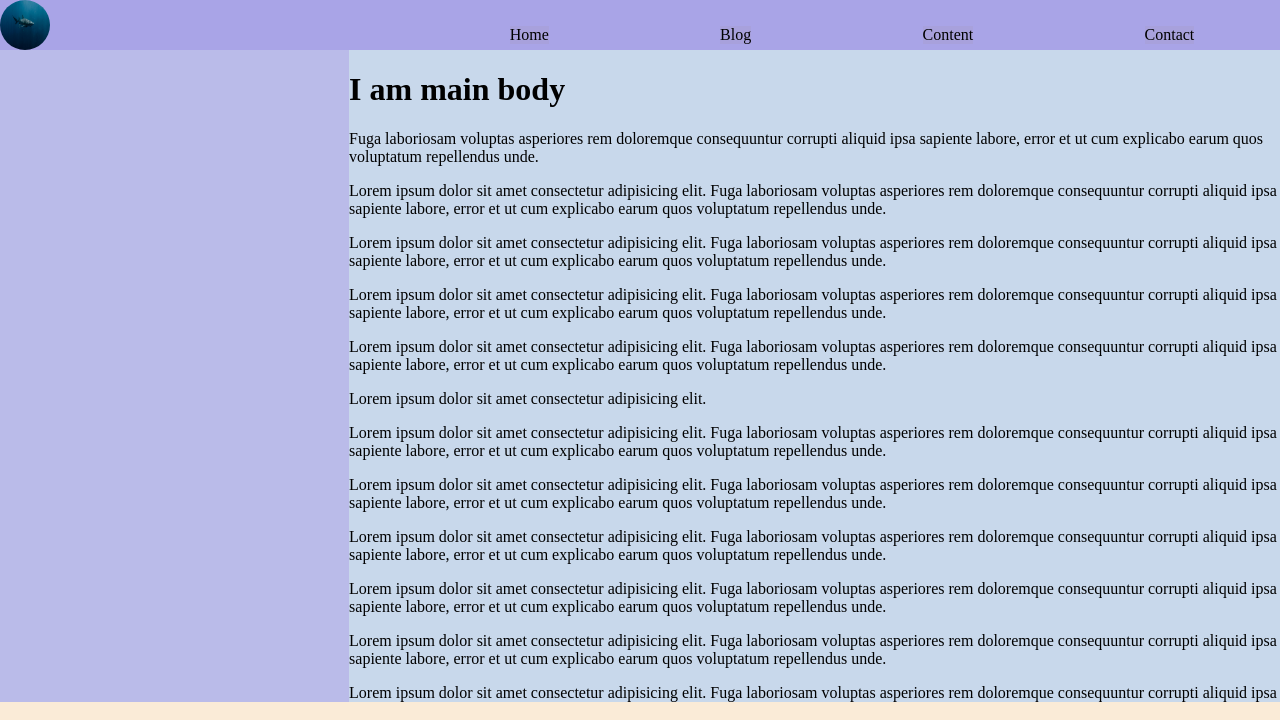
Repository: purnimapatel/fish-world
Page: index.html
The author's editor kept a copy of each file at every save. The page is drawn from the files as they stood at one save, then again after the next save.
The browser window is 1280 px wide. The pictures show the whole page.
An inner scrolling area shows only its first screen.

Above is the page before, as saved 2024-08-25 13:19:35.

### index.html
<!DOCTYPE html>
<html lang="en">
<head>
    <meta charset="UTF-8">
    <meta name="viewport" content="width=device-width, initial-scale=1.0">
    <title>Document</title>
    <link  rel = "stylesheet" type = "text/css" href = "style.css"/>

    <!-- <link rel="stylesheet" type="text/css" href="styles.css"> -->

</head>
<body>
    <div class=" container">
        <div class = "navbar">
            <div id="logo">
                <a href="https://www.google.com/" target=" _blank"><img  id = "img1"src = "\img\image1.jpg"></a>
            </div>
            <div id = "list-content">
                <ul id="list">
                    <a><li>Home</li></a>
                    <li>Blog</li>
                    <li>Content</li>
                    <li>Contact</li>
                </ul>
            </div>

        </div>
        <div class="lower">
        <div class ="leftPanel">
        </div>
        <div class = "mainBody">
            <h1>I am main body</h1>
            <div id="home">
                Fuga laboriosam voluptas asperiores rem doloremque consequuntur corrupti aliquid ipsa sapiente labore, error et ut cum explicabo earum quos voluptatum repellendus unde.</p>
            <p>Lorem ipsum dolor sit amet consectetur adipisicing elit. Fuga laboriosam voluptas asperiores rem doloremque consequuntur corrupti aliquid ipsa sapiente labore, error et ut cum explicabo earum quos voluptatum repellendus unde.</p>
            <p>Lorem ipsum dolor sit amet consectetur adipisicing elit. Fuga laboriosam voluptas asperiores rem doloremque consequuntur corrupti aliquid ipsa sapiente labore, error et ut cum explicabo earum quos voluptatum repellendus unde.</p>
            <p>Lorem ipsum dolor sit amet consectetur adipisicing elit. Fuga laboriosam voluptas asperiores rem doloremque consequuntur corrupti aliquid ipsa sapiente labore, error et ut cum explicabo earum quos voluptatum repellendus unde.</p>
            <p>Lorem ipsum dolor sit amet consectetur adipisicing elit. Fuga laboriosam voluptas asperiores rem doloremque consequuntur corrupti aliquid ipsa sapiente labore, error et ut cum explicabo earum quos voluptatum repellendus unde.</p>

            </div>
            <p>Lorem ipsum dolor sit amet consectetur adipisicing elit.
            <p>Lorem ipsum dolor sit amet consectetur adipisicing elit. Fuga laboriosam voluptas asperiores rem doloremque consequuntur corrupti aliquid ipsa sapiente labore, error et ut cum explicabo earum quos voluptatum repellendus unde.</p>
            <p>Lorem ipsum dolor sit amet consectetur adipisicing elit. Fuga laboriosam voluptas asperiores rem doloremque consequuntur corrupti aliquid ipsa sapiente labore, error et ut cum explicabo earum quos voluptatum repellendus unde.</p>
            <p>Lorem ipsum dolor sit amet consectetur adipisicing elit. Fuga laboriosam voluptas asperiores rem doloremque consequuntur corrupti aliquid ipsa sapiente labore, error et ut cum explicabo earum quos voluptatum repellendus unde.</p>
            <p>Lorem ipsum dolor sit amet consectetur adipisicing elit. Fuga laboriosam voluptas asperiores rem doloremque consequuntur corrupti aliquid ipsa sapiente labore, error et ut cum explicabo earum quos voluptatum repellendus unde.</p>
            <p>Lorem ipsum dolor sit amet consectetur adipisicing elit. Fuga laboriosam voluptas asperiores rem doloremque consequuntur corrupti aliquid ipsa sapiente labore, error et ut cum explicabo earum quos voluptatum repellendus unde.</p>
            <p>Lorem ipsum dolor sit amet consectetur adipisicing elit. Fuga laboriosam voluptas asperiores rem doloremque consequuntur corrupti aliquid ipsa sapiente labore, error et ut cum explicabo earum quos voluptatum repellendus unde.</p>



        </div>
    </div>
    </div>

</body>
</html>

### style.css
body{
   margin: 0;
   padding:0;
   display: flex;
   height:100vh;
   align-items: center;
   justify-content: center;
}
.container{
    height: 100vh;
    width:100vw;
    background-color:antiquewhite;

}
.navbar{
    width:100vw;
    height:50px;
    background-color:rgb(169, 164, 231);
    margin-bottom: 0;
    display: flex;
    justify-content: space-between;

}
.lower{
    display: flex;
}
.leftPanel{
    margin-top: 0px;
    width:30%;
    height:90.5vh;
    background-color:rgb(186, 187, 233);
}
.mainBody{
    background-color:rgb(200, 216, 235);
    height: 90.5vh;
    width:80%;
    overflow: scroll;

}
#img1{
    height: 50px;
    width:50px;
    background-size: cover;
    border-radius: 50px;
    cursor:pointer;

}
#list{
    display: flex;
    padding-top: 10px;
    list-style-type: none;
    justify-content: space-around;
}
#list li{
    cursor: pointer;
    background-color:rgba(158, 139, 139, 0.119)
}
#list-content{
    width: 70%
}

After the next save:
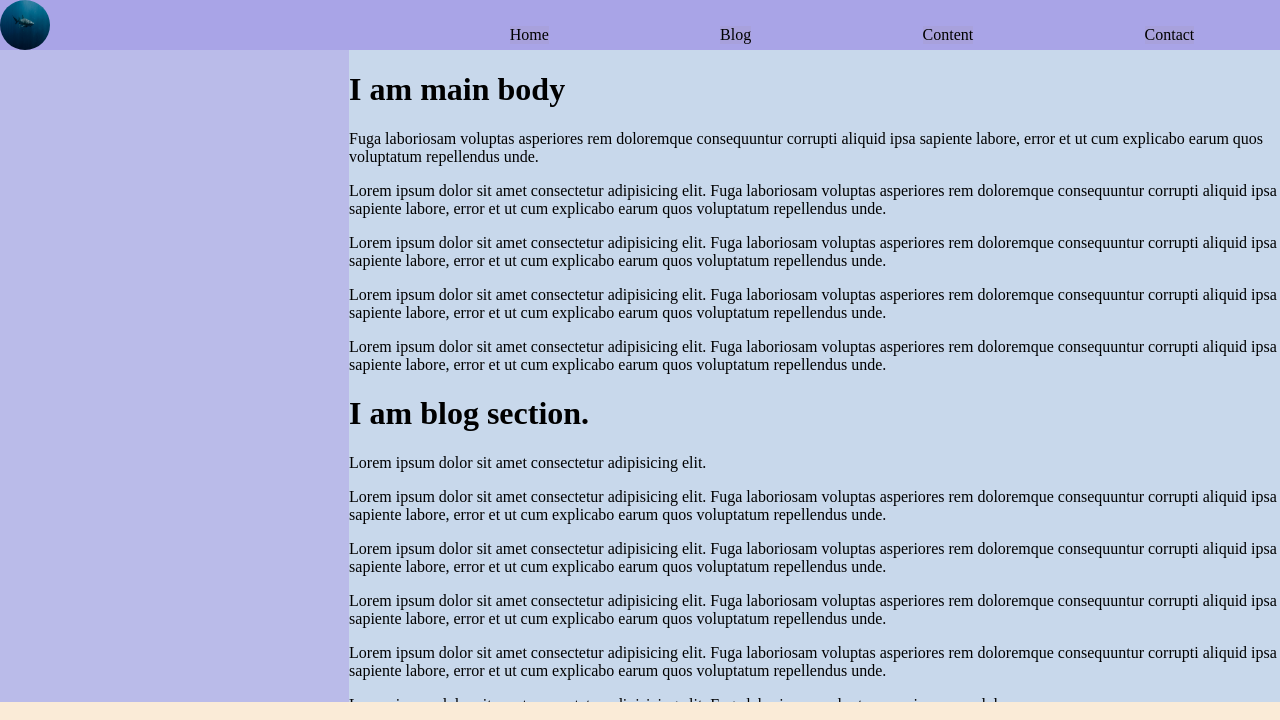
Saved 60 s later.
--- a/index.html
+++ b/index.html
@@ -38,12 +38,16 @@
             <p>Lorem ipsum dolor sit amet consectetur adipisicing elit. Fuga laboriosam voluptas asperiores rem doloremque consequuntur corrupti aliquid ipsa sapiente labore, error et ut cum explicabo earum quos voluptatum repellendus unde.</p>
 
             </div>
-            <p>Lorem ipsum dolor sit amet consectetur adipisicing elit.
-            <p>Lorem ipsum dolor sit amet consectetur adipisicing elit. Fuga laboriosam voluptas asperiores rem doloremque consequuntur corrupti aliquid ipsa sapiente labore, error et ut cum explicabo earum quos voluptatum repellendus unde.</p>
-            <p>Lorem ipsum dolor sit amet consectetur adipisicing elit. Fuga laboriosam voluptas asperiores rem doloremque consequuntur corrupti aliquid ipsa sapiente labore, error et ut cum explicabo earum quos voluptatum repellendus unde.</p>
-            <p>Lorem ipsum dolor sit amet consectetur adipisicing elit. Fuga laboriosam voluptas asperiores rem doloremque consequuntur corrupti aliquid ipsa sapiente labore, error et ut cum explicabo earum quos voluptatum repellendus unde.</p>
-            <p>Lorem ipsum dolor sit amet consectetur adipisicing elit. Fuga laboriosam voluptas asperiores rem doloremque consequuntur corrupti aliquid ipsa sapiente labore, error et ut cum explicabo earum quos voluptatum repellendus unde.</p>
-            <p>Lorem ipsum dolor sit amet consectetur adipisicing elit. Fuga laboriosam voluptas asperiores rem doloremque consequuntur corrupti aliquid ipsa sapiente labore, error et ut cum explicabo earum quos voluptatum repellendus unde.</p>
+            <div>
+                <h1> I am blog section.</h1>
+                <p>Lorem ipsum dolor sit amet consectetur adipisicing elit.
+                    <p>Lorem ipsum dolor sit amet consectetur adipisicing elit. Fuga laboriosam voluptas asperiores rem doloremque consequuntur corrupti aliquid ipsa sapiente labore, error et ut cum explicabo earum quos voluptatum repellendus unde.</p>
+                    <p>Lorem ipsum dolor sit amet consectetur adipisicing elit. Fuga laboriosam voluptas asperiores rem doloremque consequuntur corrupti aliquid ipsa sapiente labore, error et ut cum explicabo earum quos voluptatum repellendus unde.</p>
+                    <p>Lorem ipsum dolor sit amet consectetur adipisicing elit. Fuga laboriosam voluptas asperiores rem doloremque consequuntur corrupti aliquid ipsa sapiente labore, error et ut cum explicabo earum quos voluptatum repellendus unde.</p>
+                    <p>Lorem ipsum dolor sit amet consectetur adipisicing elit. Fuga laboriosam voluptas asperiores rem doloremque consequuntur corrupti aliquid ipsa sapiente labore, error et ut cum explicabo earum quos voluptatum repellendus unde.</p>
+                    <p>Lorem ipsum dolor sit amet consectetur adipisicing elit. Fuga laboriosam voluptas asperiores rem doloremque
+            </div>
+            consequuntur corrupti aliquid ipsa sapiente labore, error et ut cum explicabo earum quos voluptatum repellendus unde.</p>
             <p>Lorem ipsum dolor sit amet consectetur adipisicing elit. Fuga laboriosam voluptas asperiores rem doloremque consequuntur corrupti aliquid ipsa sapiente labore, error et ut cum explicabo earum quos voluptatum repellendus unde.</p>
 
 
